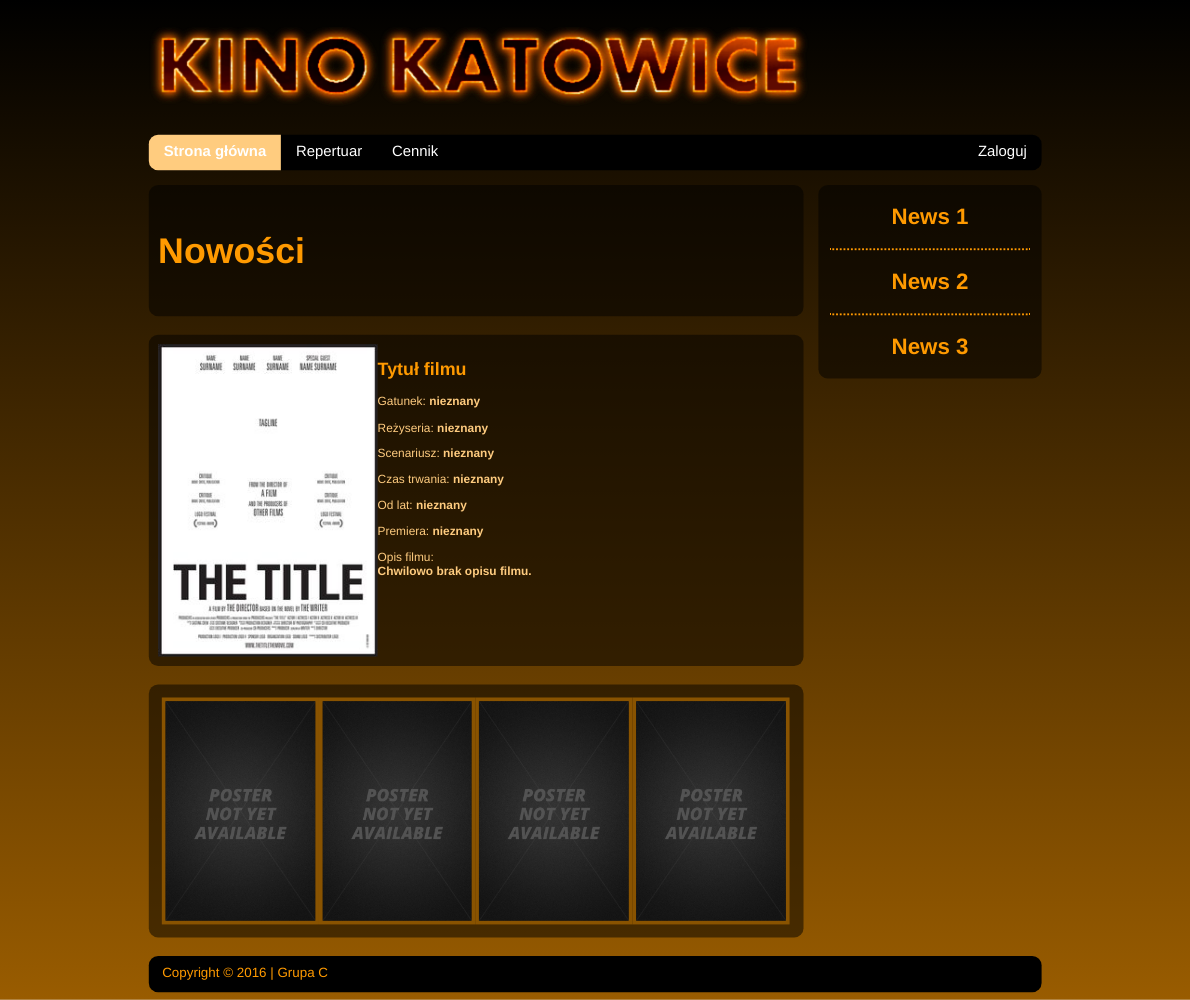
Repository: Gate4/Grupa-C
Page: http://localhost/KinoWebApp/WEB-INF/jsp/welcome.jsp
These files come from the project's save history. The page is drawn as it stood at one moment and after the next save; the edit follows.
The browser window is 1280 px wide. The pictures show the whole page, at 93% of full size.
Some web libraries are served in a nearby version. The page is served by Tomcat 9. Nobody is signed in. The template is opened directly, without the code that normally fills it, so the values that code supplies are empty.

Above is the page before, as saved 2016-04-21 22:11:28.

After the next save:
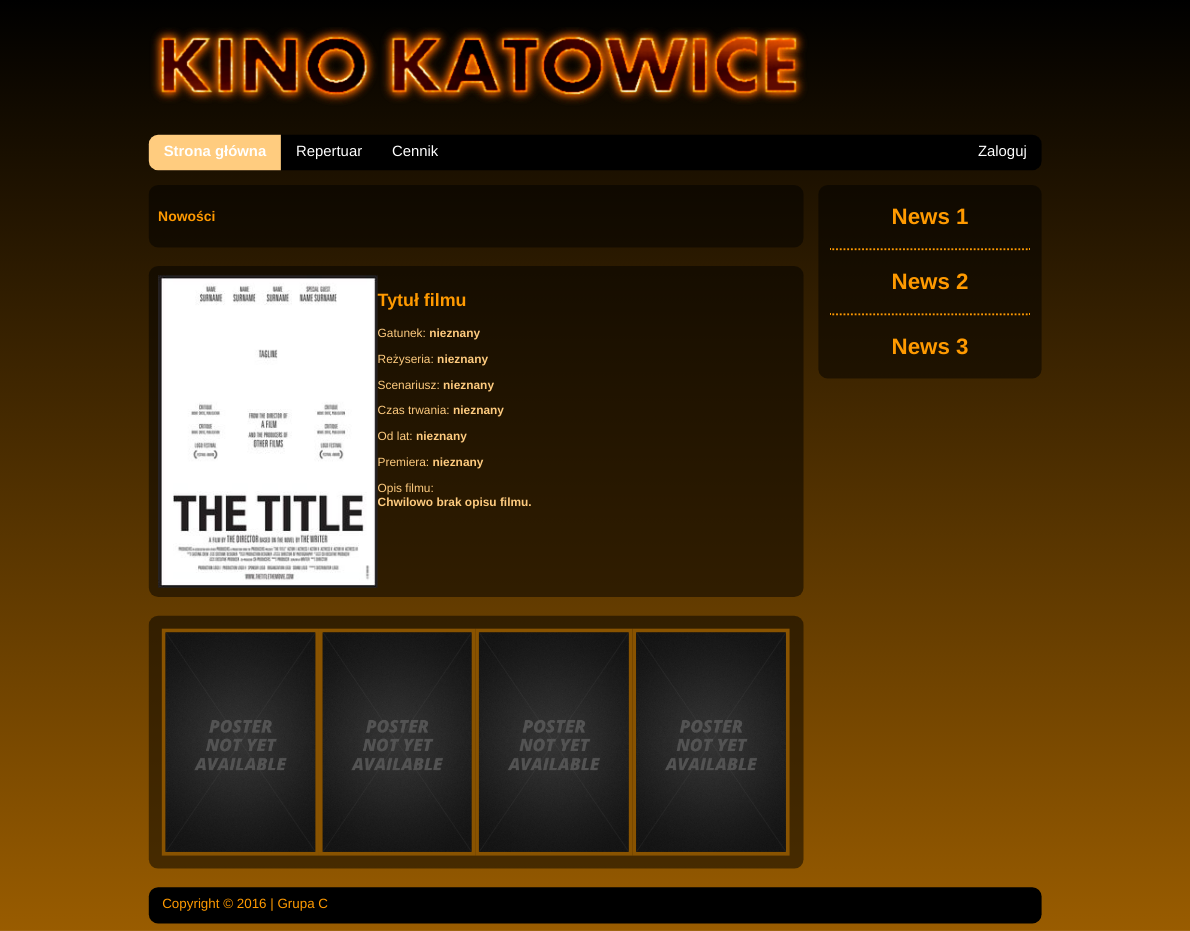
Saved 9 s later.
--- a/KinoWebApp/WebContent/resources/style.css
+++ b/KinoWebApp/WebContent/resources/style.css
@@ -13,11 +13,6 @@ body{
 #logo{
 	font-variant: small-caps;
 }
-
-#pagetitle{
-	font-size: 3em;
-}
-
 #logo, .primary, .poster, .tile{
 	float: left;
 }
